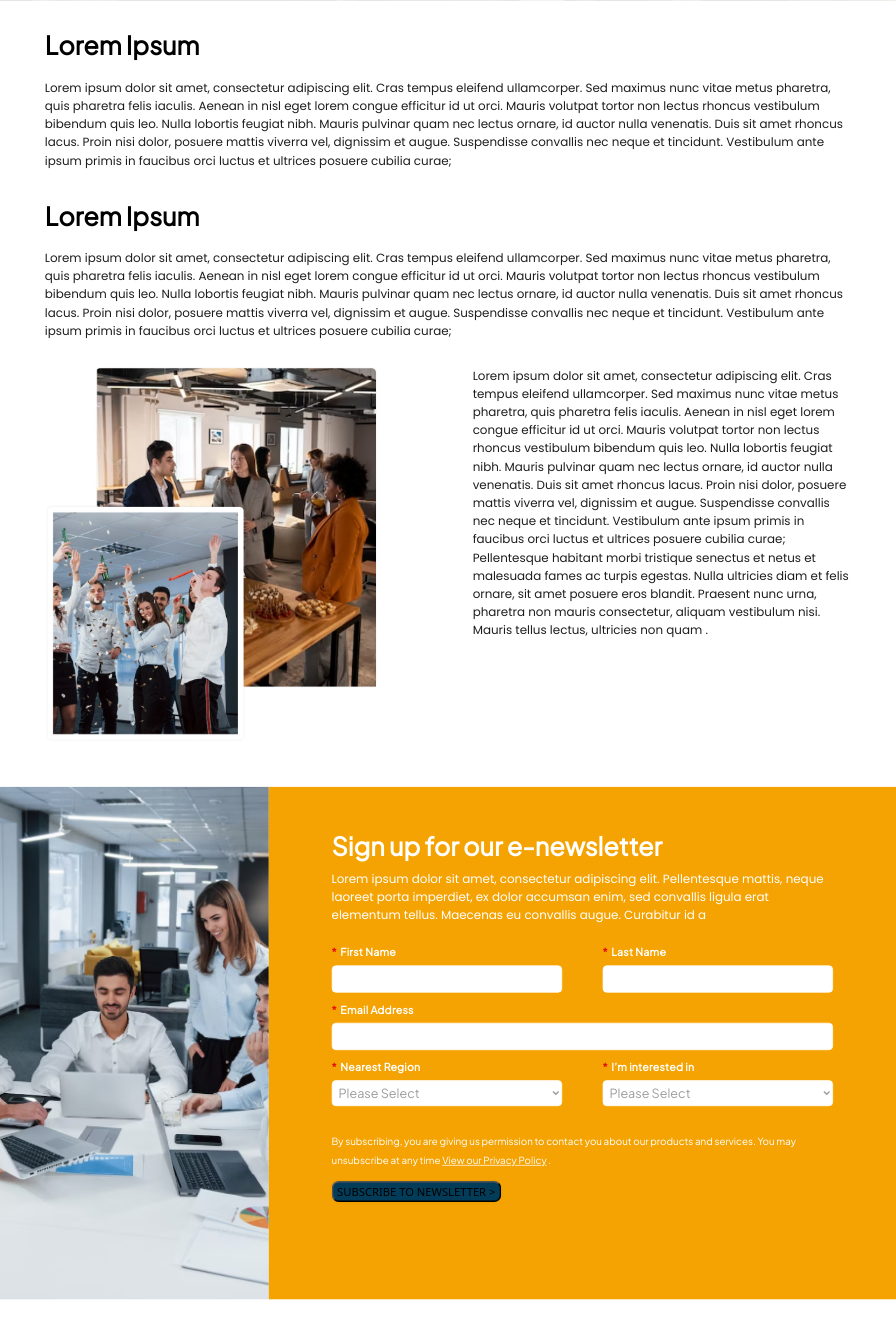
Repository: Akash8377/Hospitality-website
Page: /about-us
These files come from the project's save history. The page is drawn as it stood at one moment and after a run of saves; the edit follows.
The browser window is 1280 px wide. The pictures show the part of the page from y = 683 to 2603 px (the page is 2603 px tall), at 70% of full size.
Some web libraries are served in a nearby version. The project was rebuilt for these pictures with package versions that can differ from the ones it lists, and the page was loaded fresh each time. Also part of the build but not shown: src/Component/Partial/heading-cont.js, src/Component/Shared/about-us.js, src/Component/Shared/Banner.js, src/Component/Shared/popular-jobs.js, src/Component/Sliders/ServiceSlider.js, src/Component/Sliders/ReviewSlider.js, src/Component/Partial/index-banner.js, src/Component/Partial/index-buisness-banner.js and 2 more.

Above is the page before, as saved 2023-07-07 12:18:38.

After the next 2 saves:
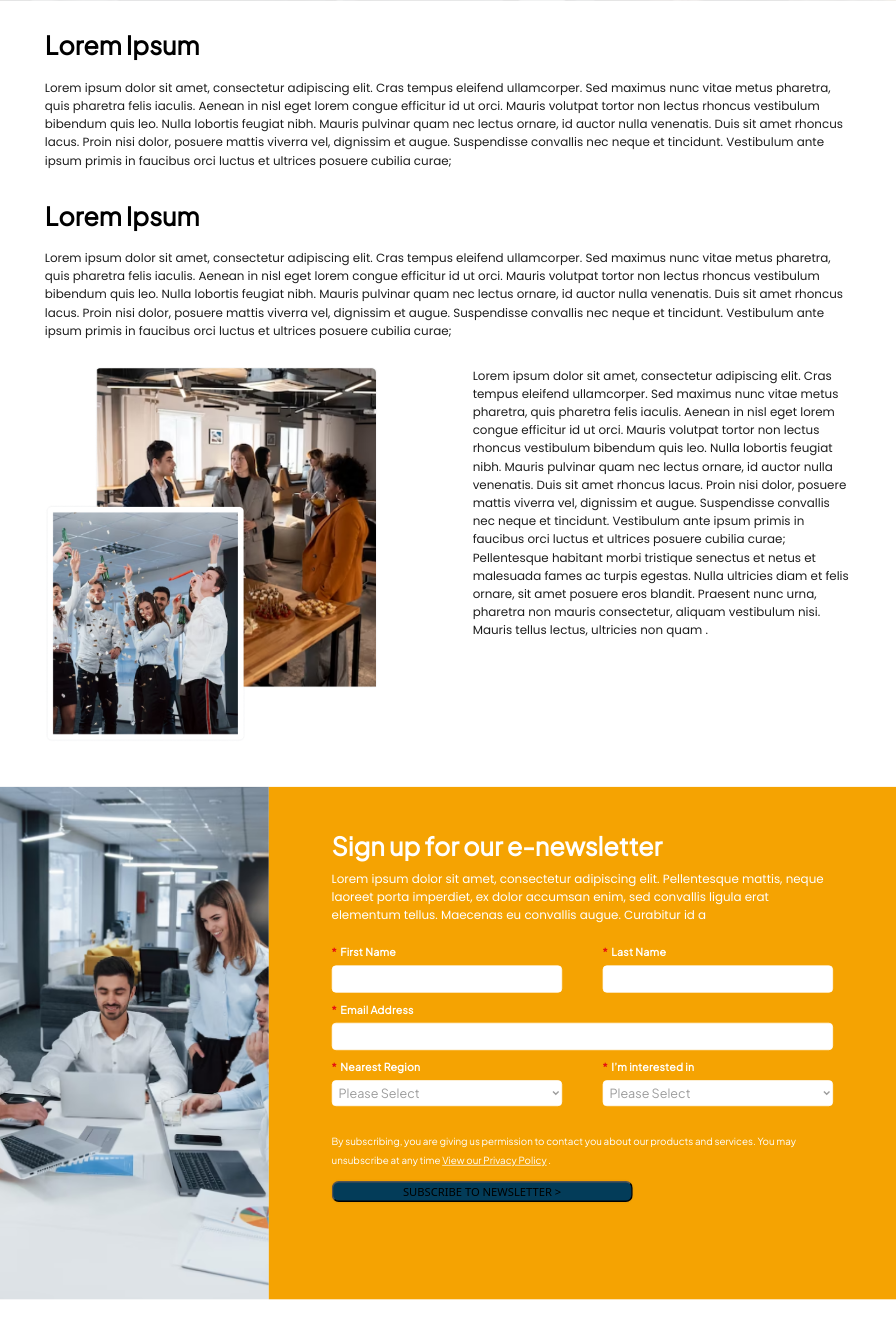
The 2 saves are shown as one change because they came seconds apart.
The last was saved 7 s later.
--- a/src/Css/Lap.css
+++ b/src/Css/Lap.css
@@ -904,4 +904,5 @@
   border-radius: 10px;
 background: #033C59;
 box-shadow: 0px 0px 3px 0px rgba(60, 72, 88, 0.15);
-}
+width: 60%;
+}
